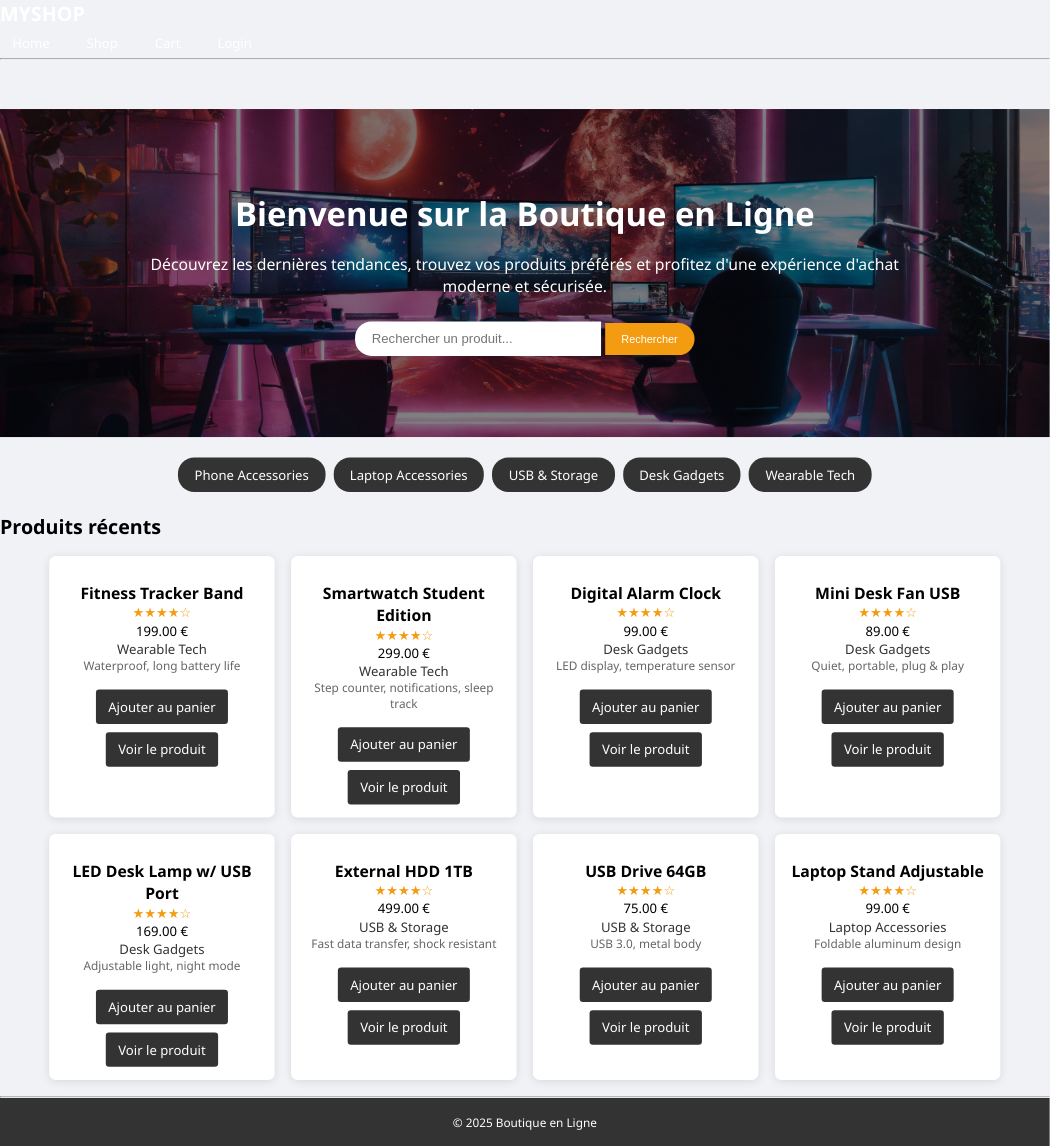
Repository: kiraj-walid/ecomerce
Page: http://localhost/
These files come from the project's save history. The page is drawn as it stood at one moment and after a run of saves; the edit follows.
The browser window is 1280 px wide. The pictures show the whole page, at 82% of full size.
The page is run by PHP 8.4 with error messages shown; the project is at /var/www/html/. The database holds what the project's SQL file puts in it. Queries for data that is not in the repository find no rows.

Above is the page before, as saved 2025-05-07 15:11:17.

### index.php
<?php
require_once 'includes/db.php';
require_once 'includes/functions.php';
include 'includes/header.php';

// Fetch the 8 latest products
$products = $pdo->query('SELECT * FROM produits ORDER BY id DESC LIMIT 8')->fetchAll();

// Fetch categories for quick filters
$categories = $pdo->query("SELECT DISTINCT categorie FROM produits WHERE categorie IS NOT NULL AND categorie != ''")->fetchAll(PDO::FETCH_COLUMN);
?>

<div class="hero-section" style="background-image: url('assets/images/landingpage.webp');">
    <div class="hero-overlay"></div>
    <div class="hero-content">
        <div class="hero-text">
            <h1>Bienvenue sur la Boutique en Ligne</h1>
            <p>Découvrez les dernières tendances, trouvez vos produits préférés et profitez d'une expérience d'achat moderne et sécurisée.</p>
        </div>
        <div class="hero-search">
            <form action="search.php" method="GET">
                <input type="text" name="q" placeholder="Rechercher un produit..." class="search-input">
                <button type="submit" class="hero-btn">Rechercher</button>
            </form>
        </div>
    </div>
</div>

<?php if (!empty($categories)) : ?>
    <div class="category-filters">
        <?php foreach ($categories as $cat) : ?>
            <a href="search.php?category=<?= urlencode($cat) ?>" class="category-card"><?= htmlspecialchars($cat) ?></a>
        <?php endforeach; ?>
    </div>
<?php endif; ?>

<h2 class="recent-products-title">Produits récents</h2>

<?php if (count($products) === 0) : ?>
    <p class="no-products">Aucun produit disponible.</p>
<?php else : ?>
    <div class="product-listing">
        <?php foreach ($products as $prod) : ?>
            <div class="product-card">
                <?php
                $stmt_imgs = $pdo->prepare('SELECT image FROM images_produit WHERE produit_id = ?');
                $stmt_imgs->execute([$prod['id']]);
                $images = $stmt_imgs->fetchAll(PDO::FETCH_COLUMN);
                ?>
                <div class="product-gallery">
                    <?php if ($images && count($images) > 0): ?>
                        <img src="assets/images/<?= htmlspecialchars($images[0]) ?>" alt="<?= htmlspecialchars($prod['nom']) ?>" class="product-image">
                    <?php endif; ?>
                </div>
                <div class="product-info">
                    <strong><?= htmlspecialchars($prod['nom']) ?></strong><br>
                    <div class="product-rating">★★★★☆</div>
                    <span><?= number_format($prod['prix'], 2) ?> €</span><br>
                    <span class="product-category"><?= htmlspecialchars($prod['categorie']) ?></span><br>
                    <div class="product-desc">
                        <?= htmlspecialchars(mb_strimwidth($prod['description'], 0, 80, '...')) ?>
                    </div>
                    <div class="product-actions">
                        <a href="cart.php?add=<?= $prod['id'] ?>" class="add-to-cart-btn">Ajouter au panier</a>
                        <a href="product.php?id=<?= $prod['id'] ?>" class="product-details-btn">Voir le produit</a>
                    </div>
                </div>
            </div>
        <?php endforeach; ?>
    </div>
<?php endif; ?>

<?php include 'includes/footer.php'; ?>

### includes/db.php
<?php
// Connexion à la base de données
$host = 'localhost';
$db   = 'boutique';
$user = 'root';
$pass = '';
$charset = 'utf8mb4';

$dsn = "mysql:host=$host;dbname=$db;charset=$charset";
$options = [
    PDO::ATTR_ERRMODE            => PDO::ERRMODE_EXCEPTION,
    PDO::ATTR_DEFAULT_FETCH_MODE => PDO::FETCH_ASSOC,
    PDO::ATTR_EMULATE_PREPARES   => false,
];
try {
     $pdo = new PDO($dsn, $user, $pass, $options);
} catch (PDOException $e) {
     exit('Erreur de connexion à la base de données : ' . $e->getMessage());
}

### includes/functions.php
<?php
session_start();

function is_logged_in() {
    return isset($_SESSION['user_id']);
}

function is_admin() {
    return isset($_SESSION['role']) && $_SESSION['role'] === 'admin';
}

function redirect($url) {
    header('Location: ' . $url);
    exit();
}

### includes/header.php
<?php
require_once __DIR__ . '/functions.php';
?>
<!DOCTYPE html>
<html lang="fr">
<head>
    <meta charset="UTF-8">
    <title>Boutique en Ligne</title>
    <link rel="stylesheet" href="assets/css/style.css">
</head>
<body>
<!-- <nav class="navbar">
    <div class="navbar-container">
        <a href="index.php" class="navbar-logo">Boutique</a>
        <div class="navbar-links">
            <a href="index.php">Accueil</a>
            <a href="search.php">Recherche</a>
            <a href="cart.php">Panier</a>
            <?php if (is_logged_in()): ?>
                <?php if (is_admin()): ?>
                    <a href="admin/dashboard.php">Admin</a>
                <?php else: ?>
                    <a href="profile.php">Mon Profil</a>
                <?php endif; ?>
                <a href="logout.php" class="logout">Déconnexion</a>
            <?php else: ?>
                <a href="login.php">Connexion</a>
                <a href="register.php">Inscription</a>
            <?php endif; ?>
        </div>
    </div>
</nav> -->
<nav class="navbar">
    <div class="navbar-container">
        <a href="#" class="logo">MyShop</a>
        <div class="nav-links">
            <a href="index.php">Home</a>
            <a href="shop.php">Shop</a>
            <a href="cart.php">Cart</a>
            <a href="login.php">Login</a>
        </div>
    </div>
</nav>
<hr>

### includes/footer.php
<hr>
<footer>
    <p>&copy; <?php echo date('Y'); ?> Boutique en Ligne</p>
</footer>
</body>
</html>

### assets/css/style.css
/* General Reset */
* {
    margin: 0;
    padding: 0;
    box-sizing: border-box;
}

body {
    font-family: 'Segoe UI', sans-serif;
    background-color: #f0f2f5;
    margin: 0;
}

Navbar
nav {
    background-color: #333;
    padding: 10px 20px;
    position: fixed;
    top: 0;
    left: 0;
    width: 100%;
    z-index: 10;
    box-shadow: 0 2px 5px rgba(0, 0, 0, 0.1);
}

nav .nav-container {
    display: flex;
    justify-content: space-between;
    align-items: center;
    max-width: 1200px;
    margin: 0 auto;
}

nav .logo {
    font-size: 1.5em;
    color: white;
    font-weight: bold;
    text-transform: uppercase;
    text-decoration: none;
}

nav .nav-links {
    display: flex;
    gap: 15px;
}

nav .nav-links a {
    color: white;
    text-decoration: none;
    font-size: 1em;
    padding: 8px 15px;
    border-radius: 20px;
    transition: background-color 0.3s;
}

nav .nav-links a:hover {
    background-color: #f39c12;
    color: #333;
}

/* Hero Section */
.hero-section {
    position: relative;
    background-image: url('assets/images/landingpage.webp');
    background-size: cover;
    background-position: center;
    height: 400px;
    color: white;
    display: flex;
    justify-content: center;
    align-items: center;
    text-align: center;
    overflow: hidden; /* Prevent image from going beyond the section */
    margin-top: 60px; /* Add margin to push content below the navbar */
}

.hero-overlay {
    position: absolute;
    top: 0;
    left: 0;
    width: 100%;
    height: 100%;
    background: rgba(0, 0, 0, 0.5);
}

.hero-content {
    position: relative;
    z-index: 2;
    padding: 20px;
    max-width: 80%;
    margin: 0 auto;
}

.hero-content h1 {
    font-size: 2.5em;
    margin-bottom: 20px;
}

.hero-content p {
    font-size: 1.2em;
    margin-bottom: 30px;
}

.hero-search {
    display: flex;
    justify-content: center;
    margin-top: 20px;
}

.hero-search input {
    padding: 12px 20px;
    font-size: 1em;
    border-radius: 20px 0 0 20px;
    border: none;
    width: 300px;
}

.hero-search button {
    padding: 12px 20px;
    background-color: #f39c12;
    color: white;
    border: none;
    border-radius: 0 20px 20px 0;
    cursor: pointer;
}

.hero-search button:hover {
    background-color: #e67e22;
}

/* Category Filters */
.category-filters {
    display: flex;
    justify-content: center;
    margin: 20px 0;
    flex-wrap: wrap;
}

.category-card {
    background-color: #333;
    color: white;
    padding: 10px 20px;
    margin: 5px;
    text-decoration: none;
    border-radius: 20px;
    font-size: 1em;
}

.category-card:hover {
    background-color: #555;
}

/* Product Listing */
.product-listing {
    display: grid;
    grid-template-columns: repeat(auto-fill, minmax(250px, 1fr));
    gap: 20px;
    padding: 20px;
    max-width: 1200px;
    margin: 0 auto;
}

.product-card {
    background-color: white;
    padding: 16px;
    border-radius: 8px;
    box-shadow: 0 2px 12px rgba(0, 0, 0, 0.1);
    transition: transform 0.3s, box-shadow 0.3s;
}

.product-card:hover {
    transform: translateY(-4px);
    box-shadow: 0 4px 16px rgba(0, 0, 0, 0.1);
}

.product-gallery {
    text-align: center;
    margin-bottom: 15px;
}

.product-image {
    max-width: 100%;
    height: auto;
    border-radius: 6px;
}

.product-info {
    text-align: center;
}

.product-info strong {
    font-size: 1.2em;
    margin: 10px 0;
}

.product-rating {
    font-size: 1em;
    color: #f39c12;
}

.product-category {
    font-size: 1em;
    color: #333;
    margin-bottom: 10px;
}

.product-desc {
    font-size: 0.9em;
    color: #666;
    margin-bottom: 10px;
}

.product-actions a {
    display: inline-block;
    padding: 10px 15px;
    margin-top: 10px;
    background-color: #333;
    color: white;
    text-decoration: none;
    border-radius: 4px;
}

.product-actions a:hover {
    background-color: #555;
}

/* Footer */
footer {
    text-align: center;
    color: #888;
    font-size: 0.9em;
    padding: 20px;
    background-color: #333;
    color: white;
}

### sql/schema.sql (the tables this page reads)
CREATE TABLE IF NOT EXISTS produits (
    id INT AUTO_INCREMENT PRIMARY KEY,
    nom VARCHAR(100),
    description TEXT,
    prix DECIMAL(10,2),
    categorie VARCHAR(50),
    image VARCHAR(255)
);

INSERT INTO produits (nom, prix, description, categorie) VALUES
('Silicone Phone Case', 39, 'Ultra-thin, shockproof, multiple colors', 'Phone Accessories'),
('Wireless Earbuds', 129, 'Bluetooth 5.0, 4h battery life', 'Phone Accessories'),
('Magnetic Phone Holder', 49, 'For car or desk, 360° rotation', 'Phone Accessories'),
('Fast Charging Cable (Type-C)', 29, 'Braided, durable, 1.5m length', 'Phone Accessories');

INSERT INTO produits (nom, prix, description, categorie) VALUES
('Laptop Cooling Pad', 139, '5 silent fans, adjustable tilt angles', 'Laptop Accessories'),
('Wireless Mouse', 79, 'Compact, USB receiver included', 'Laptop Accessories'),
('Laptop Stand Adjustable', 99, 'Foldable aluminum design', 'Laptop Accessories');

INSERT INTO produits (nom, prix, description, categorie) VALUES
('USB Drive 64GB', 75, 'USB 3.0, metal body', 'USB & Storage'),
('External HDD 1TB', 499, 'Fast data transfer, shock resistant', 'USB & Storage');

INSERT INTO produits (nom, prix, description, categorie) VALUES
('LED Desk Lamp w/ USB Port', 169, 'Adjustable light, night mode', 'Desk Gadgets'),
('Mini Desk Fan USB', 89, 'Quiet, portable, plug & play', 'Desk Gadgets'),
('Digital Alarm Clock', 99, 'LED display, temperature sensor', 'Desk Gadgets');

INSERT INTO produits (nom, prix, description, categorie) VALUES
('Smartwatch Student Edition', 299, 'Step counter, notifications, sleep track', 'Wearable Tech'),
('Fitness Tracker Band', 199, 'Waterproof, long battery life', 'Wearable Tech');

After the next 2 saves:
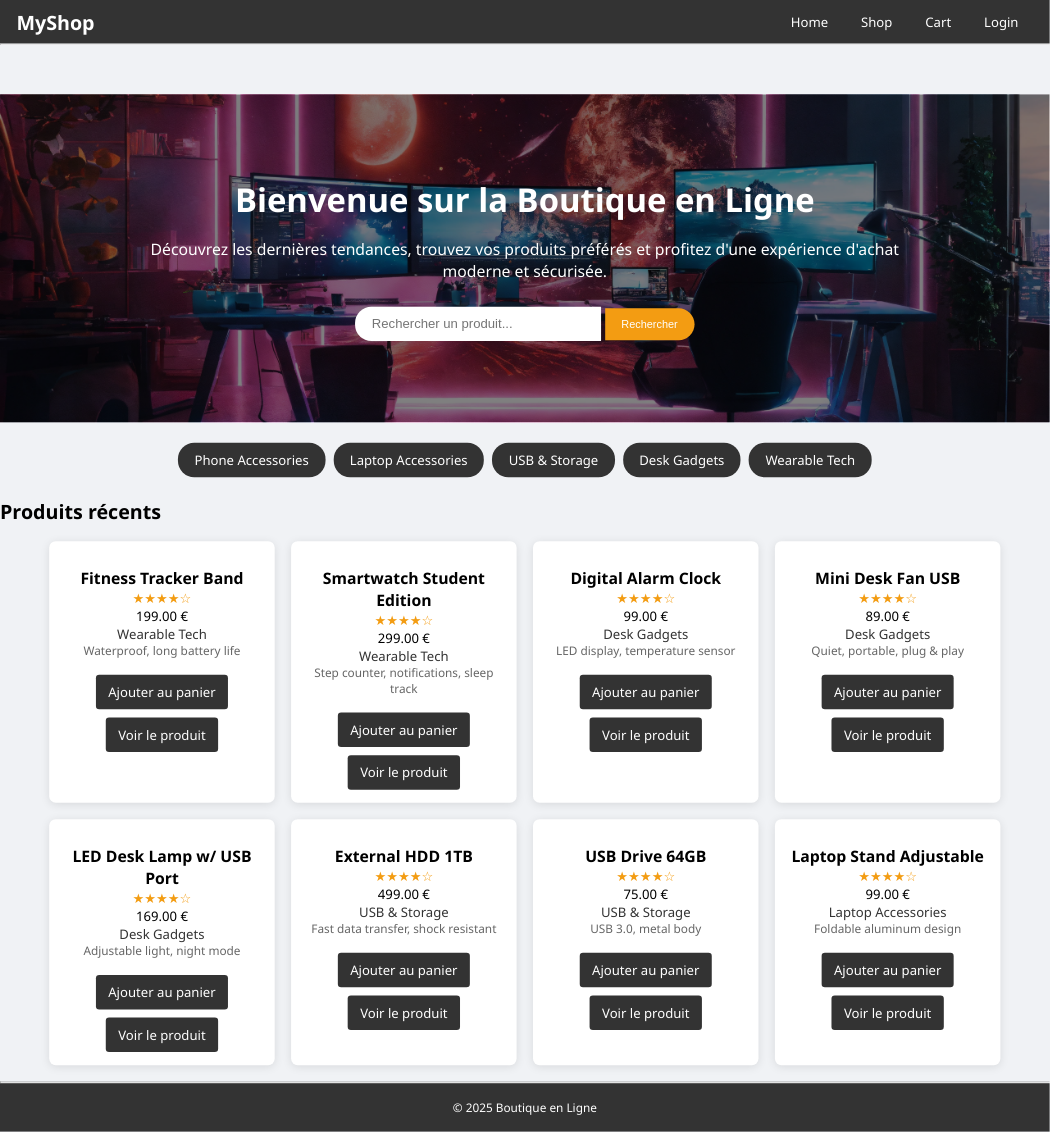
The 2 saves are shown as one change because they came seconds apart.
The last was saved 8 s later.
--- a/assets/css/style.css
+++ b/assets/css/style.css
@@ -11,7 +11,38 @@
     margin: 0;
 }
 
-Navbar
+.navbar {
+    background-color: #333;
+    color: #fff;
+    padding: 10px 20px;
+}
+
+.navbar-container {
+    display: flex;
+    justify-content: space-between;
+    align-items: center;
+}
+
+.logo {
+    font-size: 24px;
+    font-weight: bold;
+    color: #fff;
+    text-decoration: none;
+}
+
+.nav-links a {
+    color: #fff;
+    text-decoration: none;
+    margin: 0 10px;
+    padding: 8px;
+    transition: background-color 0.3s ease;
+}
+
+.nav-links a:hover {
+    background-color: #555;
+    border-radius: 4px;
+}
+/* Navbar
 nav {
     background-color: #333;
     padding: 10px 20px;
@@ -56,7 +87,7 @@
 nav .nav-links a:hover {
     background-color: #f39c12;
     color: #333;
-}
+} */
 
 /* Hero Section */
 .hero-section {

After the save that followed:
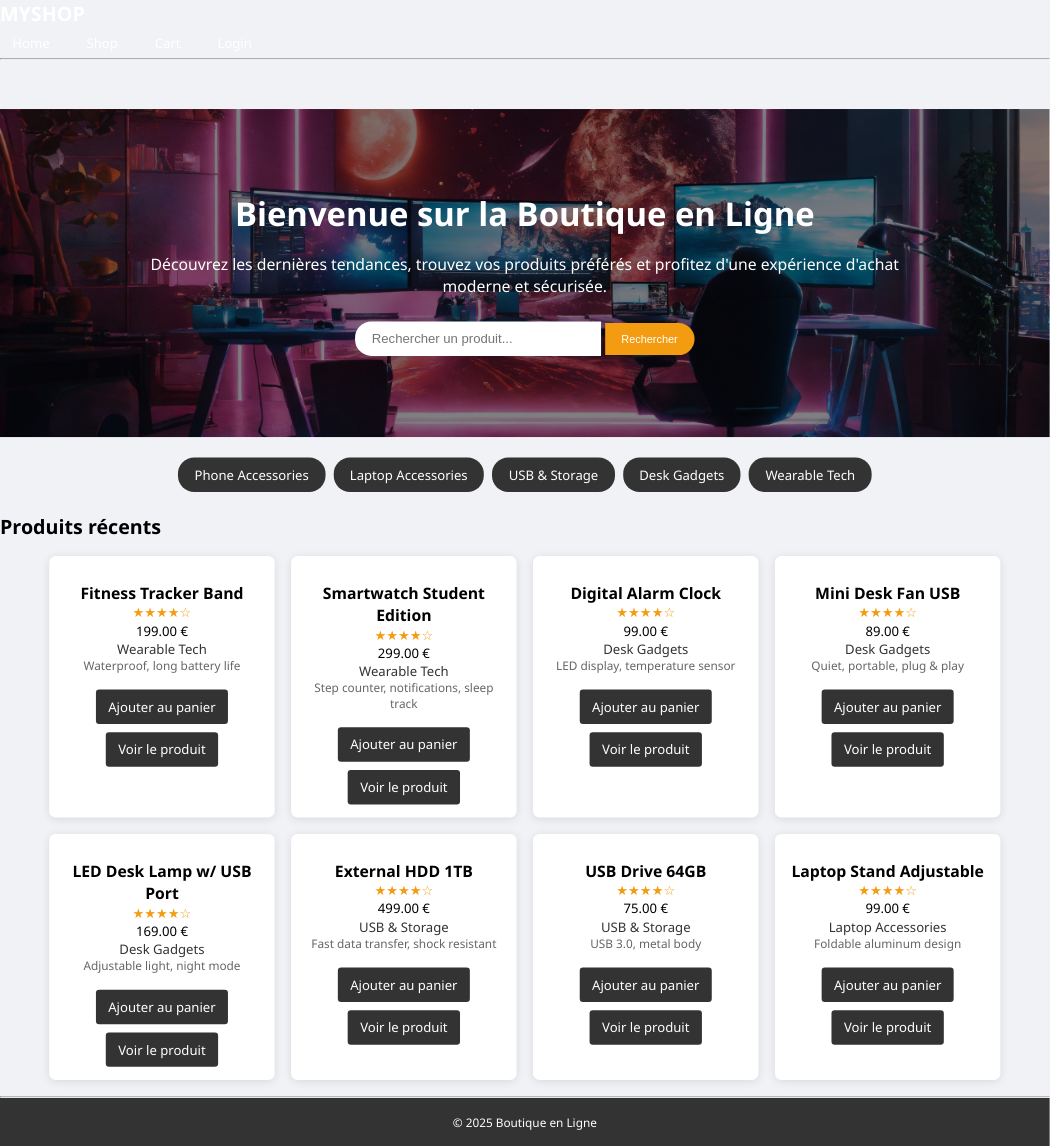
Saved 21 s later.
--- a/assets/css/style.css
+++ b/assets/css/style.css
@@ -11,38 +11,7 @@
     margin: 0;
 }
 
-.navbar {
-    background-color: #333;
-    color: #fff;
-    padding: 10px 20px;
-}
-
-.navbar-container {
-    display: flex;
-    justify-content: space-between;
-    align-items: center;
-}
-
-.logo {
-    font-size: 24px;
-    font-weight: bold;
-    color: #fff;
-    text-decoration: none;
-}
-
-.nav-links a {
-    color: #fff;
-    text-decoration: none;
-    margin: 0 10px;
-    padding: 8px;
-    transition: background-color 0.3s ease;
-}
-
-.nav-links a:hover {
-    background-color: #555;
-    border-radius: 4px;
-}
-/* Navbar
+Navbar
 nav {
     background-color: #333;
     padding: 10px 20px;
@@ -87,7 +56,7 @@
 nav .nav-links a:hover {
     background-color: #f39c12;
     color: #333;
-} */
+}
 
 /* Hero Section */
 .hero-section {
